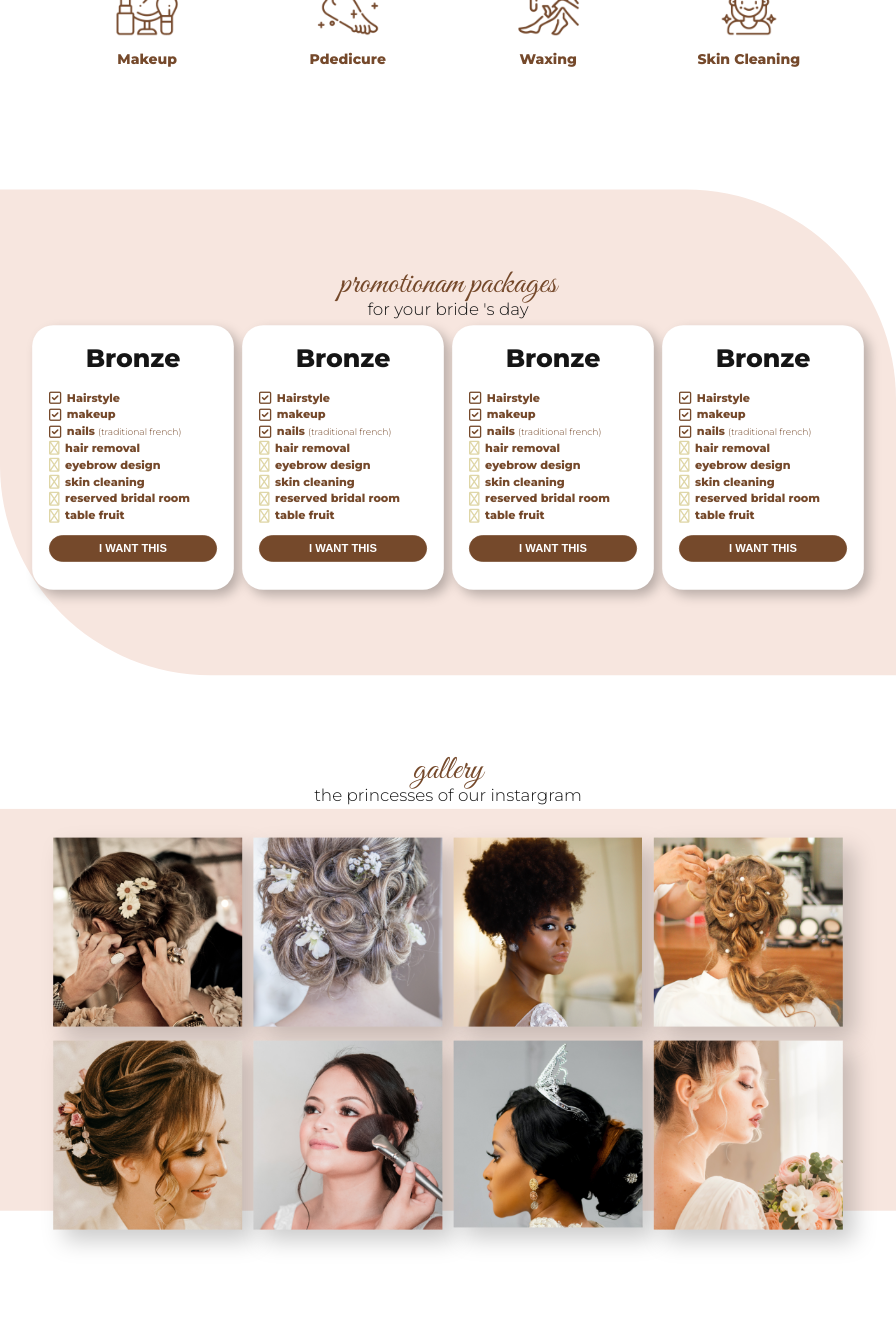
Repository: TuanHuflit2k1/clone-web01
Page: index.html
The author's editor kept a copy of each file at every save. The page is drawn from the files as they stood at one save, then again after the next save.
The browser window is 1280 px wide. The pictures show the part of the page from y = 1972 to 3892 px (the page is 3892 px tall), at 70% of full size.
The pointer rests on the first visible `.gallery-img`.
Some web libraries are served in a nearby version.

Above is the page before, as saved 2022-04-28 12:50:23.

After the next save:
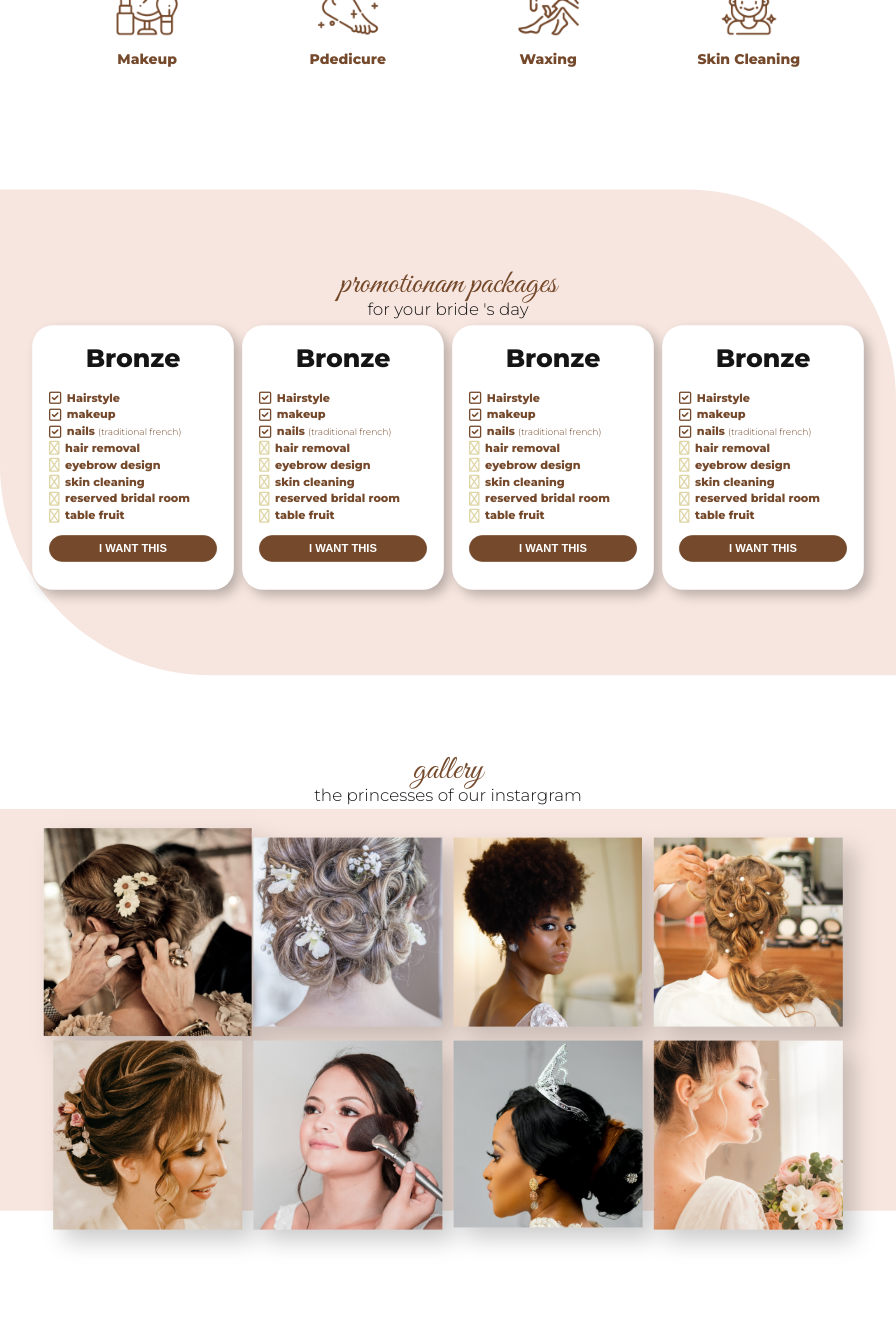
Saved 4 s later.
--- a/style.css
+++ b/style.css
@@ -438,7 +438,7 @@ body {
   filter: drop-shadow(16px 16px 16px rgba(0, 0, 0, 0.2));
 }
 .gallery-img:hover img {
-    transform: ;
+  transform: scale(1.1);
 }
 
 @media (max-width: 920px) {
